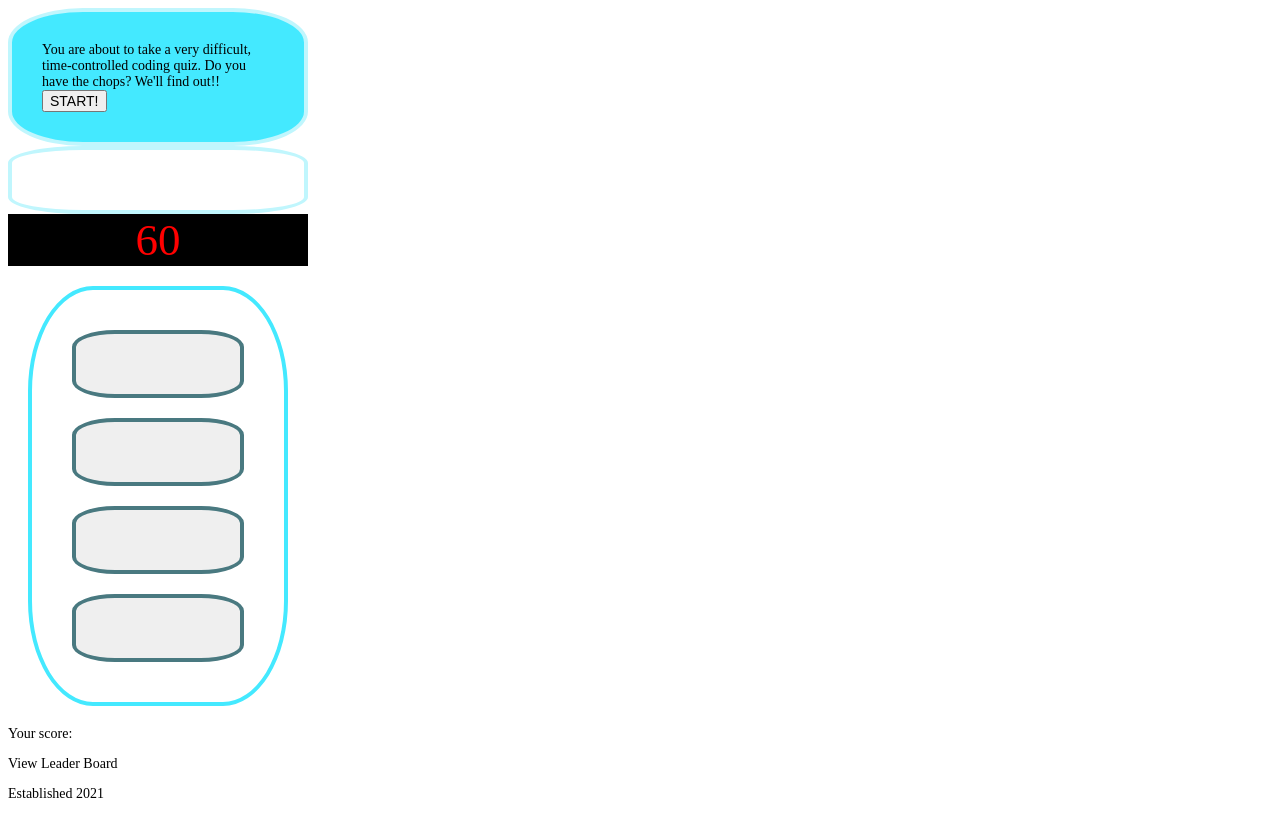
Repository: stuart-rickard/coding-quiz
Page: index.html
These files come from the project's save history. The page is drawn as it stood at one moment and after the next save; the edit follows.
The browser window is 1280 px wide. The pictures show the whole page.

Above is the page before, as saved 2021-11-23 01:26:44.
Console error: TypeError: Cannot read properties of null (reading 'addEventListener')

### index.html
<!DOCTYPE html>
<html lang="en">

<head>
  <meta charset="UTF-8">
  <meta name="viewport" content="width=device-width, initial-scale=1.0">
  <meta http-equiv="X-UA-Compatible" content="ie=edge">
  <title>Coding Quiz</title>
  <link rel="stylesheet" href="./assets/css/style.css">
</head>

<body>
  <main>
    <div class="start">
      You are about to take a very difficult, time-controlled coding quiz.  Do you have the chops?  We'll find out!!
      <button class="start-button">START!</button>
    </div>
    <div class="div-question-answerform">
      <div class="question">

      </div>
      <div class="timer">
        60
      </div>
      <form class="answer-form">
        <button class="answer-button" id="#answer-a"></button>
        <button class="answer-button" id="#answer-b"></button>
        <button class="answer-button" id="#answer-c"></button>
        <button class="answer-button" id="#answer-d"></button>
      </form>
    </div>
    <div class="test-done">
      <p>Your score:</p>
    </div>
  </main>


  <footer>
    <p>View Leader Board</p>
    <p>Established 2021</p>
  </footer>

  <script src="./assets/js/script.js"></script>
</body>

</html>

### assets/css/style.css
:root {
  --primary: #44e9ff;
  --secondary: #497980;
  --tertiary: rgb(192, 246, 253);
  --grey: #333;


  --regular-line-width: 4px;

  --border-radius-regular: 25%;
}

* {
    box-sizing: border-box;
    font-size: 14px;
  }

main {
    width: 300px;
}

.start {
    background-color: var(--primary);
    border: var(--regular-line-width) solid var(--tertiary);
    border-radius: var(--border-radius-regular);
    padding: 30px;
}

.div-question-answerform {
    /* display: none; */
}

.question {
    border: var(--regular-line-width) solid var(--tertiary);
    border-radius: var(--border-radius-regular);
    padding: 30px;
}

.timer {
    background-color: black;
    font-style: "Monotron";
    font-size: 45px;
    color: red;
    text-align:center;
}

.answer-form {
    margin: 20px;
    border: var(--regular-line-width) solid var(--primary);
    border-radius: var(--border-radius-regular);
    padding: 30px;
    display: flex;
    flex-direction: column;
}

.answer-button {
    border: var(--regular-line-width) solid var(--secondary);
    border-radius: var(--border-radius-regular);
    padding: 30px;
    margin: 10px;
}

### assets/js/script.js
var startButton = document.querySelector("start-button");
const initialTime = 5.0;
var timer = initialTime;

/*
Variable for score
Variables for stopping different processes
*/

var decrease = function () {
    timer = timer--;
    console.log(timer);
    if (timer == 0) {
        clearInterval(timerDecrement);
    }
};

let timerDecrement = setInterval(decrease,100);

var quizProcess = function () {
    //Begin clock
    timerDecrement;
}






/*
get questions / answers
randomize them
*/


//Listen for start button: start upon click
startButton.addEventListener("click", quizProcess());



/*
    begin asking questions
	Check the clock frequently and end game when it expires
		End game is just taking the ability to answer away
	Check answers
		If correct, add to score and show green
		If incorrect, reduce time left and show red
    bring up next question .5 seconds
When game ends
	Offer ability to record high score
		Store and retrieve high scores
	Offer "play again?"
*/

After the next save:
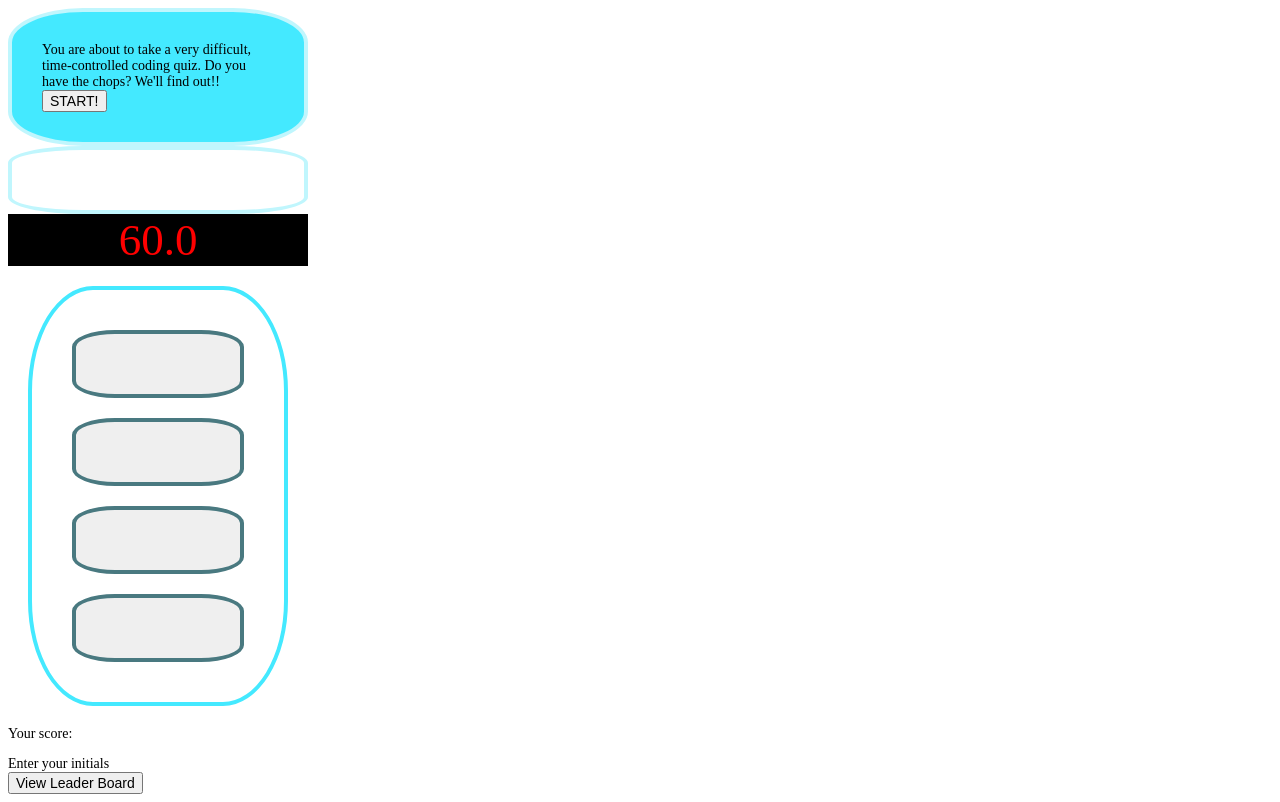
Saved 13 min 46 s later.
--- a/index.html
+++ b/index.html
@@ -13,14 +13,14 @@
   <main>
     <div class="start">
       You are about to take a very difficult, time-controlled coding quiz.  Do you have the chops?  We'll find out!!
-      <button class="start-button">START!</button>
+      <button id="starterbutton">START!</button>
     </div>
     <div class="div-question-answerform">
       <div class="question">
 
       </div>
       <div class="timer">
-        60
+        60.0
       </div>
       <form class="answer-form">
         <button class="answer-button" id="#answer-a"></button>
@@ -32,12 +32,15 @@
     <div class="test-done">
       <p>Your score:</p>
     </div>
-  </main>
+    <div class="leaderboard-list">
 
-
+    </div>
+    <form>
+      Enter your initials
+    </form>
+    </main>
   <footer>
-    <p>View Leader Board</p>
-    <p>Established 2021</p>
+    <button class="leaderboard-button">View Leader Board</button>
   </footer>
 
   <script src="./assets/js/script.js"></script>
--- a/assets/js/script.js
+++ b/assets/js/script.js
@@ -1,4 +1,4 @@
-var startButton = document.querySelector("start-button");
+var startButton = document.getElementById(starterbutton);
 const initialTime = 5.0;
 var timer = initialTime;
 
